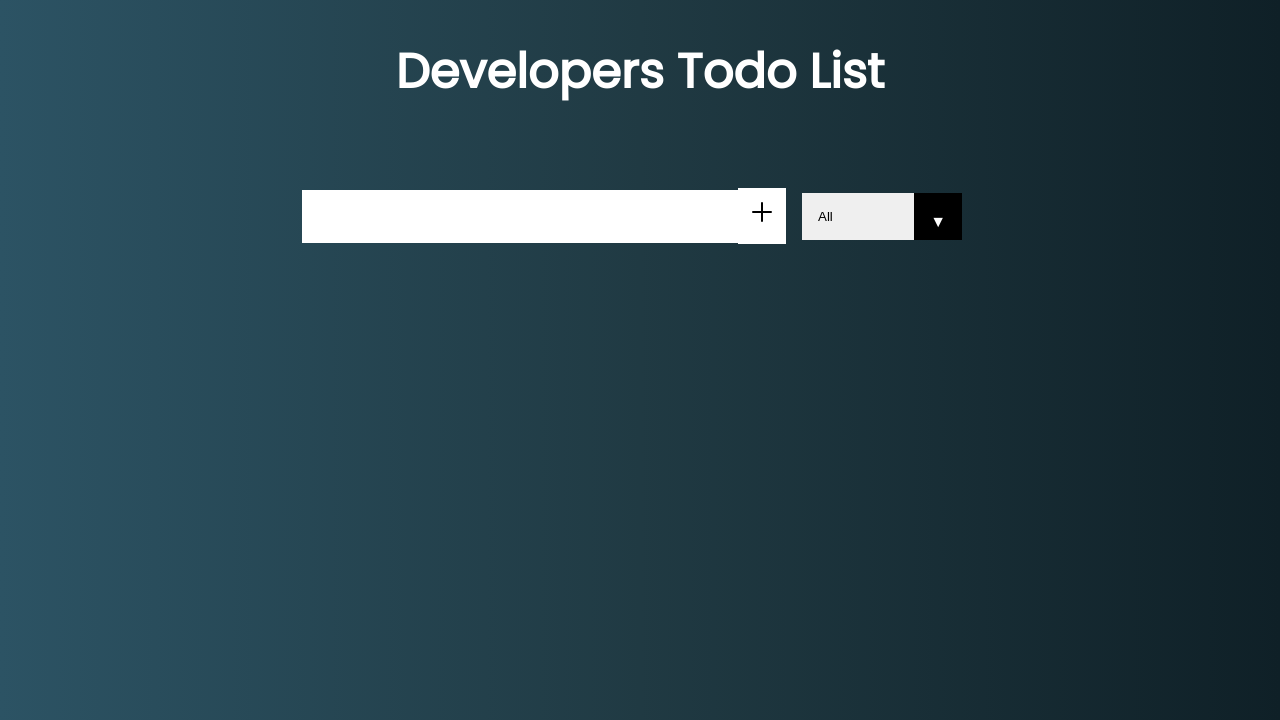
Repository: DevAntonioRogers/Vanilla-TodoList
Page: index.html
An editor plug-in stored every save of this project. The page is shown before and after the next save, followed by the edit.
The browser window is 1280 px wide. The pictures show the whole page.
The pointer rests on the first visible `.select`.

Above is the page before, as saved 2023-05-12 01:15:28.

After the next save:
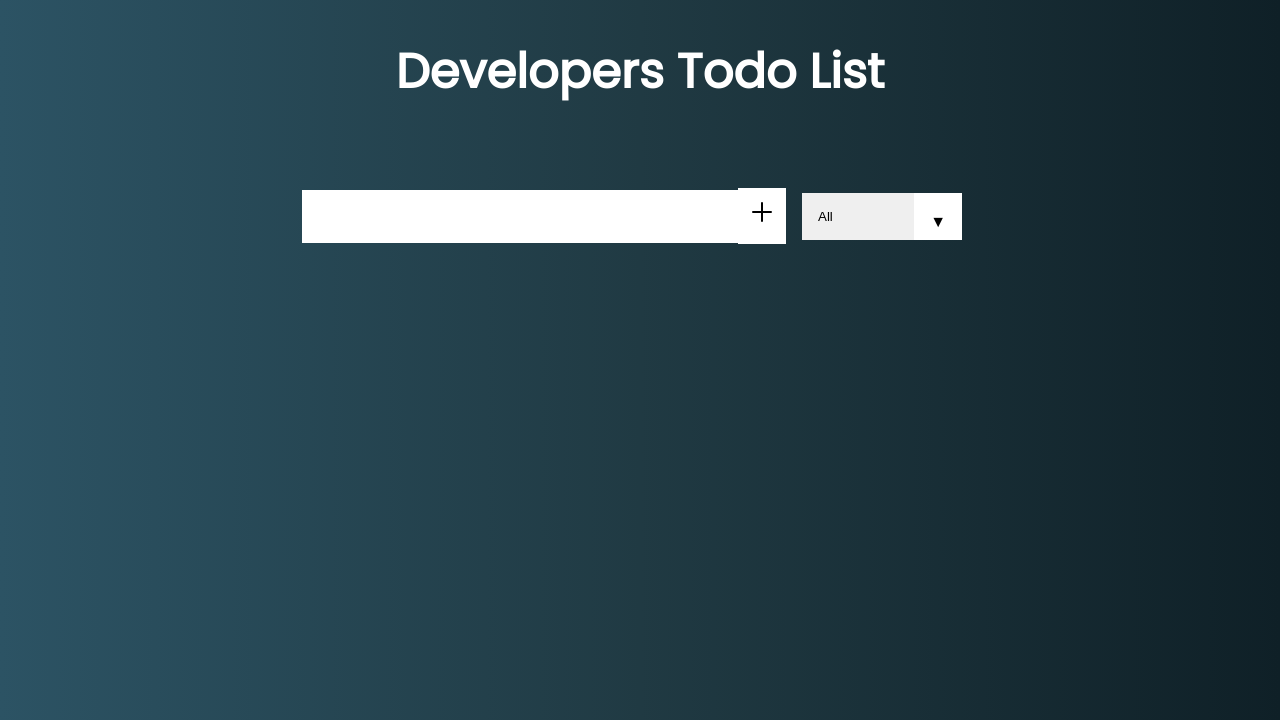
Saved 44 s later.
--- a/style.css
+++ b/style.css
@@ -121,3 +121,8 @@ select {
   padding: 1rem;
   pointer-events: none;
 }
+
+.select:hover::after {
+  background-color: white;
+  color: black;
+}
